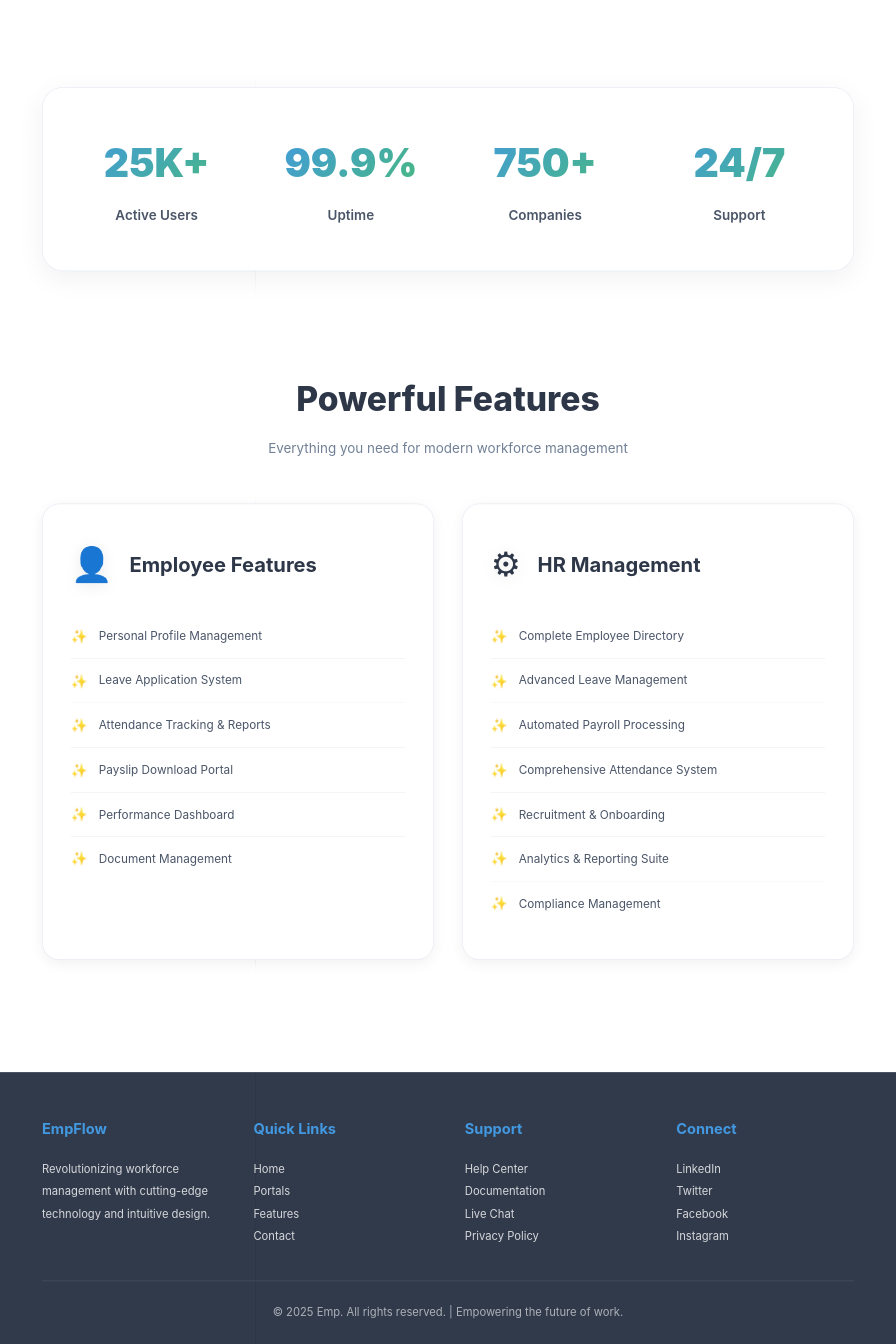
Repository: Shwetannarkhede/EmployeeHub
Page: EmployeeManagemntSystem/src/main/webapp/Home.html
These files come from the project's save history. The page is drawn as it stood at one moment and after the next save; the edit follows.
The browser window is 1280 px wide. The pictures show the part of the page from y = 1619 to 3539 px (the page is 3539 px tall before and 3475 px after), at 70% of full size.

Above is the page before, as saved 2025-09-23 12:55:11.

After the next save:
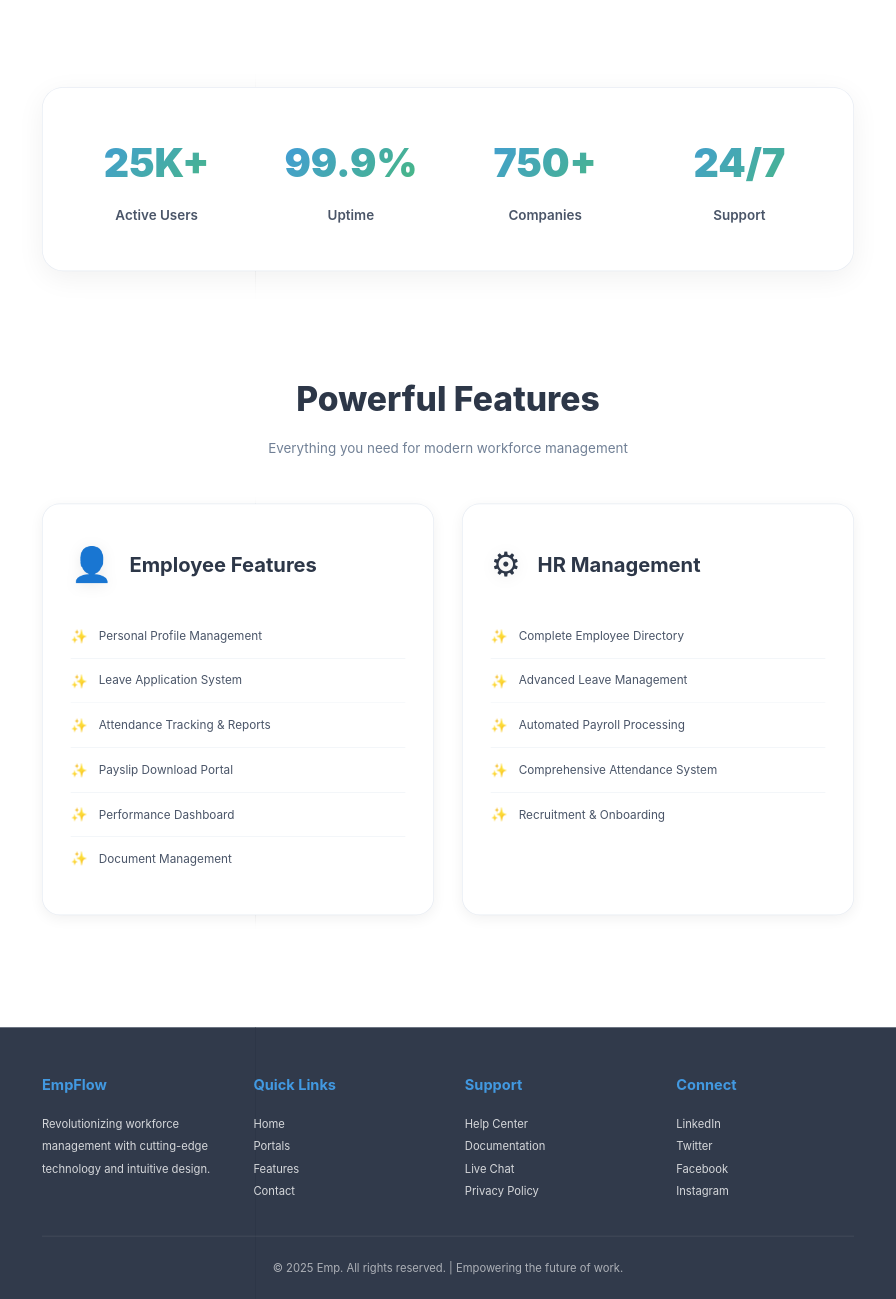
Saved 14 s later.
--- a/EmployeeManagemntSystem/src/main/webapp/Home.html
+++ b/EmployeeManagemntSystem/src/main/webapp/Home.html
@@ -110,8 +110,7 @@
                         <li>Automated Payroll Processing</li>
                         <li>Comprehensive Attendance System</li>
                         <li>Recruitment & Onboarding</li>
-                        <li>Analytics & Reporting Suite</li>
-                        <li>Compliance Management</li>
+
                     </ul>
                 </div>
             </div>
